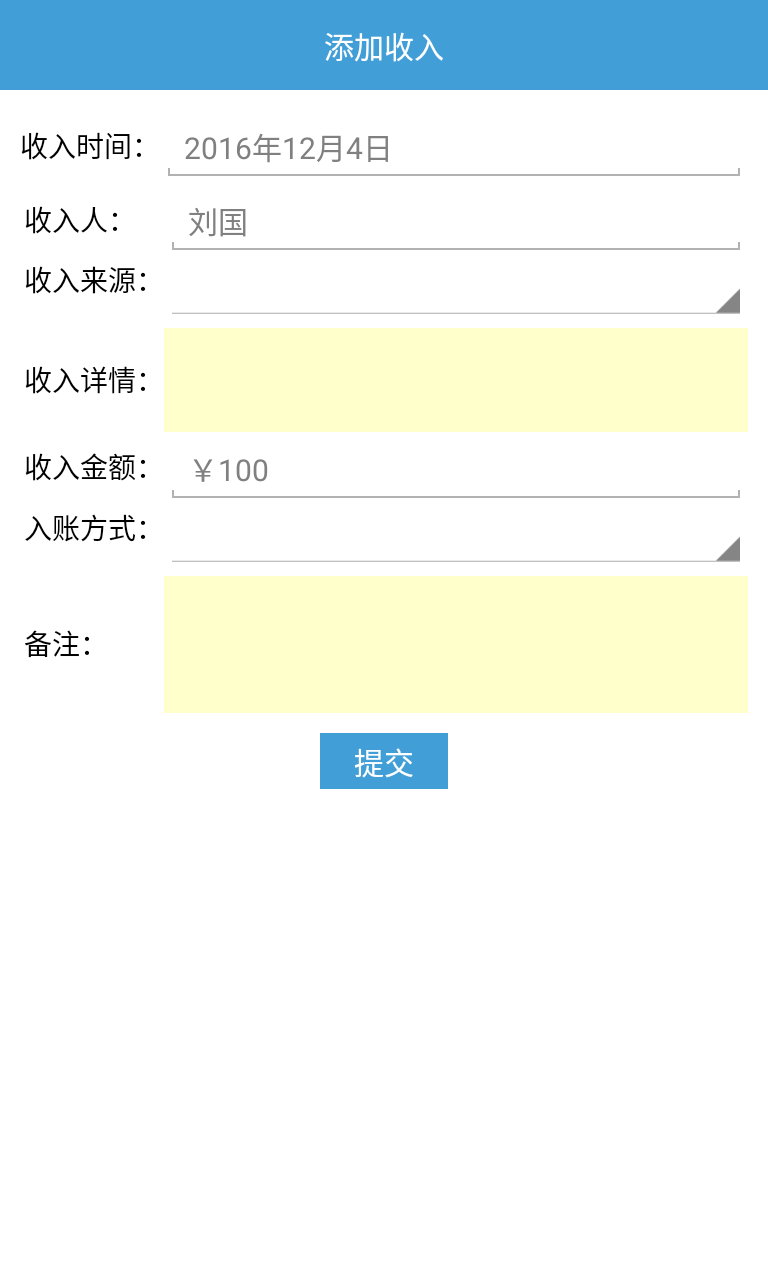
Repository: MySixGad/MyBill
Layout: Bill/Bill/res/layout/activity_inset_in_rmb.xml
The author's editor kept a copy of each file at every save. The layout is drawn from the files as they stood at one save, then again after the next save.
It is drawn on a 768 x 1280 px phone screen (xhdpi) without system bars, with theme AppTheme; the app's code is not run.

Above is the layout before, as saved 2016-12-10 05:33:48.

After the next save:
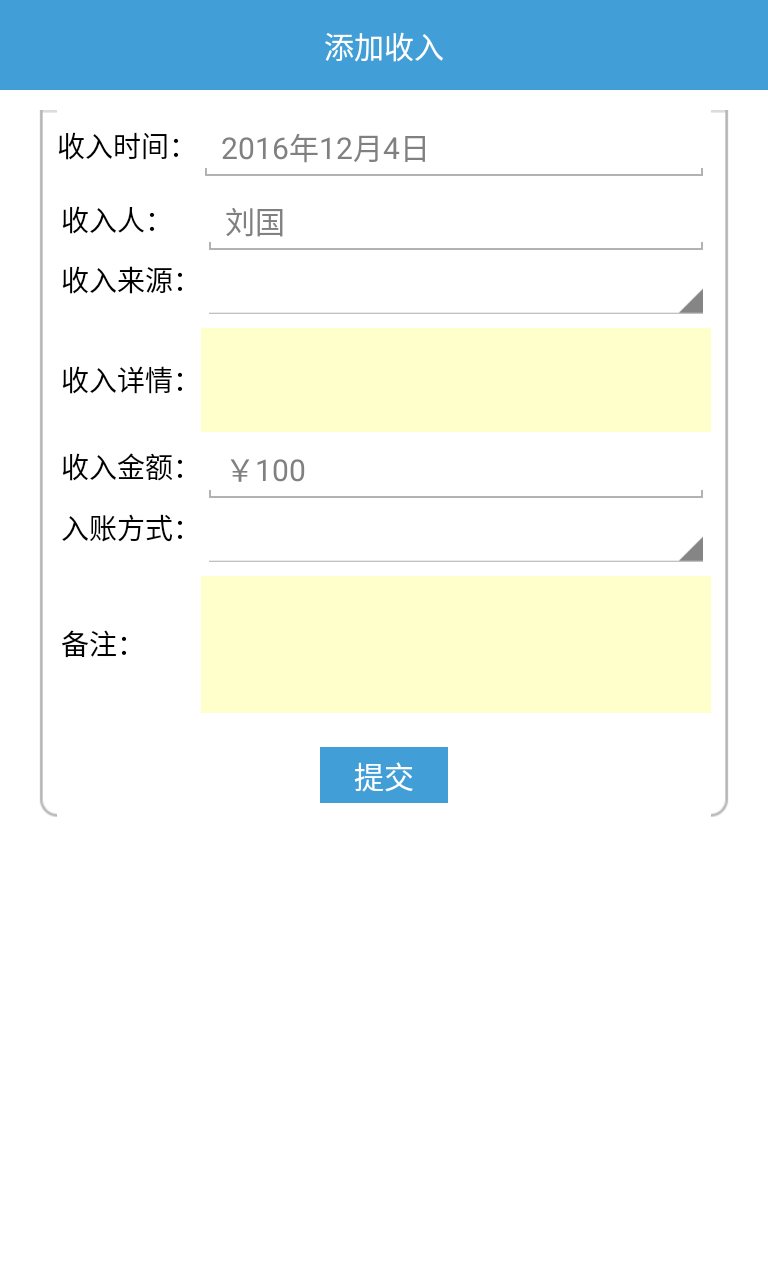
Saved 64 s later.
--- a/Bill/Bill/res/layout/activity_inset_in_rmb.xml
+++ b/Bill/Bill/res/layout/activity_inset_in_rmb.xml
@@ -11,6 +11,7 @@
         android:text="添加收入" />
 
     <LinearLayout
+         android:background="@drawable/last_normal"
         android:layout_width="match_parent"
         android:layout_height="wrap_content"
         android:layout_marginLeft="10dp"
@@ -188,15 +189,21 @@
                 android:textColor="#000"
                 android:textSize="14dp" />
         </LinearLayout>
+
+         <Button
+            android:id="@+id/pay_commit"
+            style="@style/Title_1"
+            android:layout_gravity="center"
+            android:layout_marginTop="17dp"
+            android:layout_width="wrap_content"
+            android:layout_height="28dp"
+            android:layout_marginBottom="6dp"
+            android:onClick="pay_commit"
+            android:text="提交" />
+
+
     </LinearLayout>
 
-    <Button
-        android:id="@+id/button1"
-        style="@style/Title_1"
-        android:layout_width="wrap_content"
-        android:layout_height="28dp"
-        android:layout_gravity="center"
-        android:layout_marginTop="10dp"
-        android:text="提交" />
+
 
 </LinearLayout>
